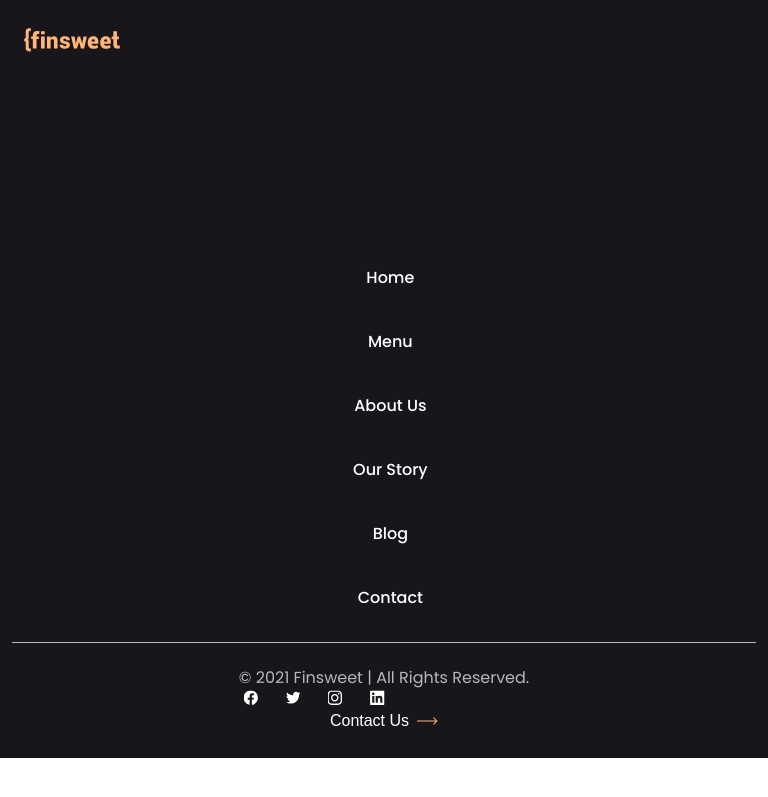
Repository: Minns-Cao/project-finsweet
Page: contact.html
These files come from the project's save history. The page is drawn as it stood at one moment and after a run of saves; the edit follows.
The browser window is 768 px wide. The pictures show the whole page.
Some web fonts or font styles are not loaded; a fallback is used.

Above is the page before, as saved 2023-04-28 14:50:03.

After the next 2 saves:
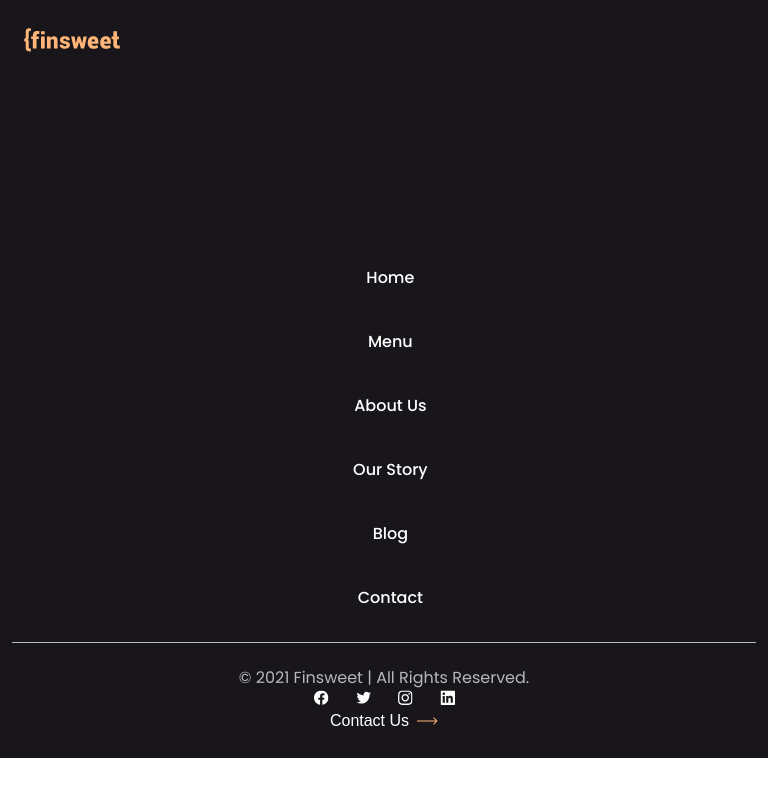
The 2 saves are shown as one change because they came seconds apart.
The last was saved 18 s later.
--- a/assets/css/style.css
+++ b/assets/css/style.css
@@ -262,5 +262,6 @@ a {
     .contact-footer .socials-list {
         justify-content: center;
         align-items: center;
-    }
-}
+        transform: translateX(0);
+    }
+}
